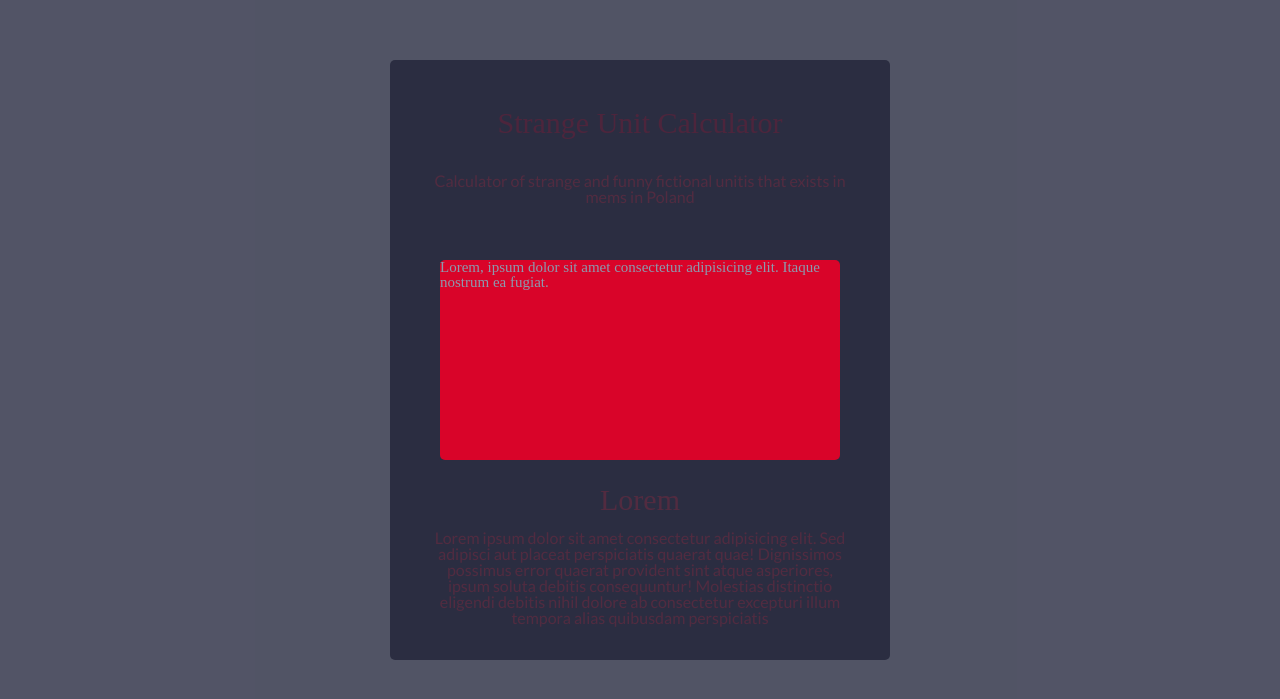
Repository: Gibon9/Calc2
Page: index.html
These files come from the project's save history. The page is drawn as it stood at one moment and after the next save; the edit follows.
The browser window is 1280 px wide. The pictures show the whole page.
Some web fonts or font styles are not loaded; a fallback is used.

Above is the page before, as saved 2020-11-25 12:36:21.

### index.html
<!DOCTYPE html>
<html lang="en">
  <head>
    <meta charset="UTF-8" />
    <meta name="viewport" content="width=device-width, initial-scale=1.0" />
    <link rel="stylesheet" href="./styles/reset.css" />
    <link rel="stylesheet" href="./styles/style.css" />
    <title>Document</title>
  </head>

  <body>
    <main class="main-content">
      <header class="header">
        <h1 class="title">Strange Unit Calculator</h1>
        <p class="descrption--text">
          Calculator of strange and funny fictional unitis that exists in mems
          in Poland
        </p>
      </header>
      <form action="" class="input-form">
        <label for="number" class="input-form--number">Enter number: </label>
        <input type="number" class="" id="number" />

        <label for="selector" class="input-form--selector">Select unit:</label>
        <select name="unit-selector" id="selector">
          <option value="sasin">Sasin</option>
          <option value="wenta">Wenta</option>
          <option value="golota">Gołota</option>
        </select>

        <button class="calc-button">Calculate</button>
      </form>

      <section class="description">
        <h2 class="description--title">Lorem</h2>
        <p class="descrption--text">
          Lorem ipsum dolor sit amet consectetur adipisicing elit. Sed adipisci
          aut placeat perspiciatis quaerat quae! Dignissimos possimus error
          quaerat provident sint atque asperiores, ipsum soluta debitis
          consequuntur! Molestias distinctio eligendi debitis nihil dolore ab
          consectetur excepturi illum tempora alias quibusdam perspiciatis
        </p>
      </section>
    </main>
    <section class="score">
      <article class="popup">
        <h2 class="popup--text">
          Lorem, ipsum dolor sit amet consectetur adipisicing elit. Itaque
          nostrum ea fugiat.
        </h2>
      </article>
    </section>

    <script src="./index.js"></script>
  </body>
</html>

### styles/style.css
@import url("https://fonts.googleapis.com/css2?family=Lato&family=Nerko+One&display=swap");

:root {
  --body-color: #edf2f4;
  --background-light: #8d99ae;
  --background-dark: #2b2d42;
  --text-light: #ef233c;
  --text-dark: #d90429;
}

* {
  box-sizing: border-box;
}

body {
  background-color: var(--body-color);
  display: flex;
  align-items: center;
  justify-content: center;
  width: 100vw;
  height: 100vh;
}

.title,
.description--title,
.score--text,
.calc-button {
  font-family: "Nerko One", cursive;
}

.descrption--text,
label,
option {
  font-family: "Lato", sans-serif;
}

.main-content,
.header {
  display: flex;
  flex-direction: column;
  width: 100%;
  height: 100%;
  align-items: center;
}

.main-content {
  width: 500px;
  height: 600px;
  background-color: var(--background-dark);
  border-radius: 5px;
  color: var(--text-light);
}

.header,
.input-form,
.description {
  flex: 1;
}

.header {
  justify-content: space-around;
}

.title {
  display: block;
  margin-top: 30px;
  font-size: 30px;
  color: var(--text-dark);
  text-align: center;
}

.descrption--text {
  margin: 0 40px 30px;
  text-align: center;
}

.input-form {
  display: flex;
  flex-direction: column;
  height: 100%;
  width: 400px;
  margin: 10px 0;
  justify-content: space-around;
  align-items: center;
  background-color: var(--background-light);
  border-radius: 5px;
}

.input-form--number {
  font-size: 18px;
  margin-top: 10px;
}

.input-form--selector {
  font-size: 18px;
}

.calc-button {
  cursor: pointer;
  font-size: 20px;
  border: 2px solid var(--text-light);
  border-radius: 5px;
  padding: 5px 10px;
  margin: 15px 0 10px;
  color: var(--text-light);
  background-color: transparent;
}

.calc-button:hover {
  color: var(--text-dark);
  background-color: var(--body-color);
}

.description {
  display: flex;
  flex-direction: column;
  justify-content: center;
  align-items: center;
}

.description--title {
  margin: 15px 0;
  font-size: 30px;
}

.score {
  position: absolute;
  top: 0;
  left: 0;
  width: 100vw;
  height: 100vh;
  display: flex;
  justify-content: center;
  align-items: center;
  background-color: rgba(43, 45, 66, 0.8);
}

.popup {
  height: 200px;
  width: 400px;
  background-color: var(--text-dark);
  border-radius: 5px;
}

.popup--text {
  font-size: 15px;
  display: block;
  color: var(--background-light);
  margin: 0 auto;
}

Loaded but not shown: styles/reset.css (common file); index.js (no stored copy; drawn as an empty file)

After the next save:
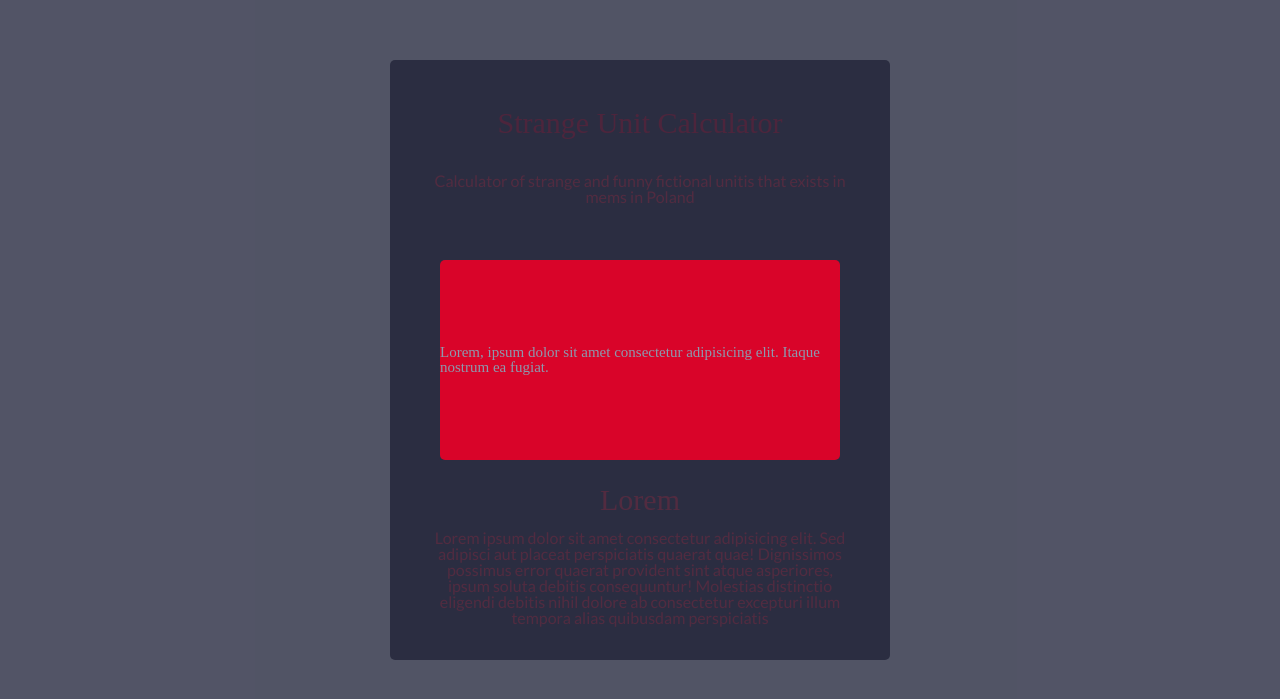
Saved 43 s later.
--- a/styles/style.css
+++ b/styles/style.css
@@ -136,6 +136,9 @@ option {
 }
 
 .popup {
+  display: flex;
+  justify-content: center;
+  align-items: center;
   height: 200px;
   width: 400px;
   background-color: var(--text-dark);
@@ -144,7 +147,6 @@ option {
 
 .popup--text {
   font-size: 15px;
-  display: block;
   color: var(--background-light);
   margin: 0 auto;
 }
